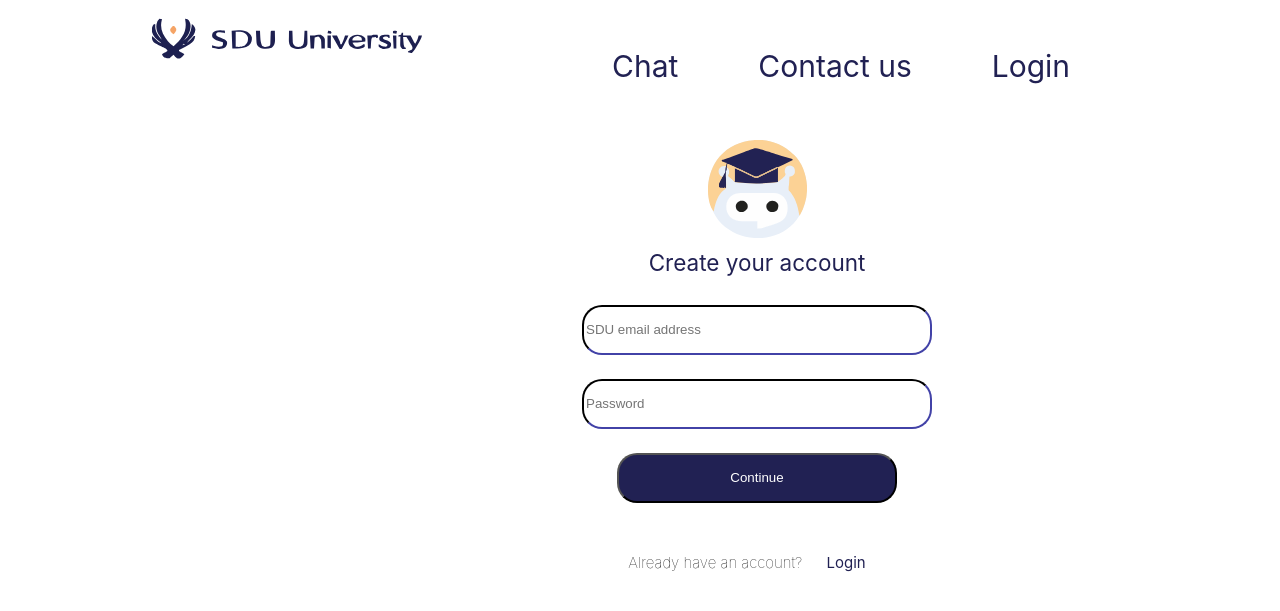
Repository: tolepbekova/Community_v.l
Page: /sign
An editor plug-in stored every save of this project. The page is shown before and after the next save, followed by the edit.
The browser window is 1280 px wide. The pictures show the whole page.
The project was rebuilt for these pictures with package versions that can differ from the ones it lists, and the page was loaded fresh each time. Also part of the build but not shown: vite.config.js, src/components/HelloWorld.vue, src/views/Login.vue. Imported but missing from the stored project, and not drawn on this page: src/views/Change.vue.

Above is the page before, as saved 2024-05-10 09:01:31.

After the next save:
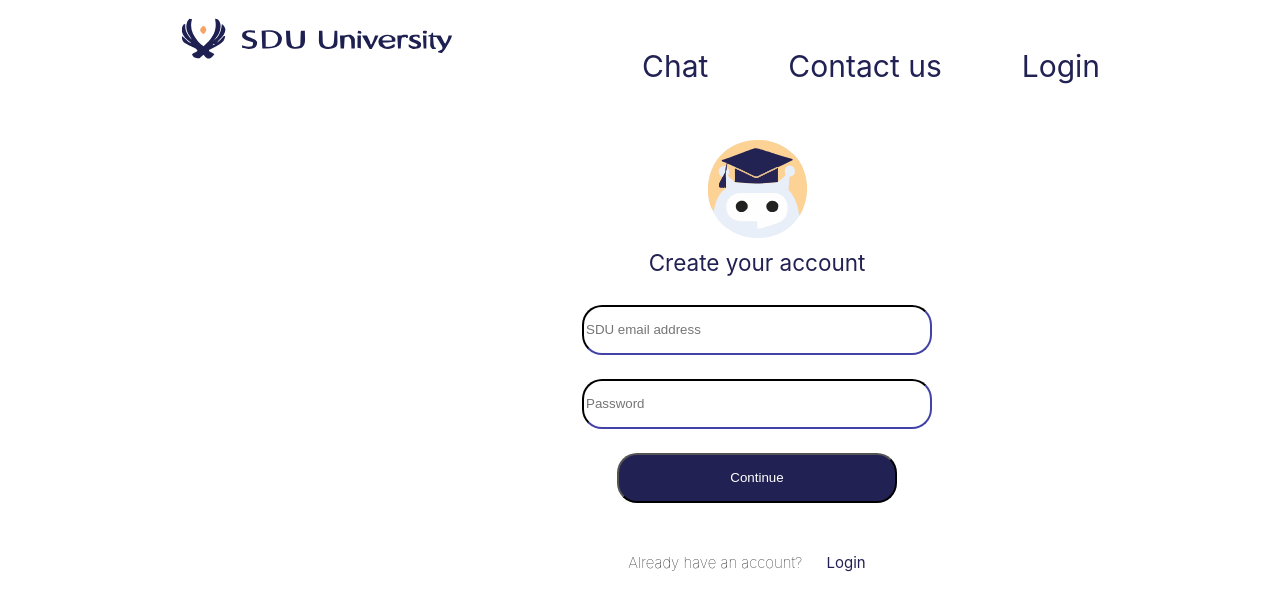
Saved 6 s later.
--- a/src/views/Signin.vue
+++ b/src/views/Signin.vue
@@ -92,7 +92,7 @@
 .logo {
     width: 270px;
     height: 77px;
-    margin-left: 100px ;
+    margin-left: 130px ;
 }
 
 #navbar {
